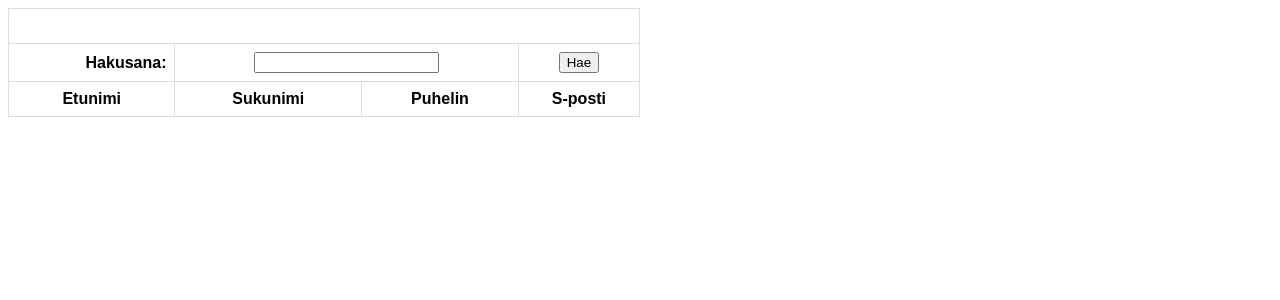
Repository: Lateh13/Asiakkaat
Page: http://localhost/Asiakkaat/listaaasiakkaat.jsp
The author's editor kept a copy of each file at every save. The page is drawn from the files as they stood at one save, then again after the next save.
The browser window is 1280 px wide. The pictures show the whole page.
The page is served by Tomcat 9. Queries for data that is not in the repository find no rows.

Above is the page before, as saved 2020-04-29 16:25:35.

After the next save:
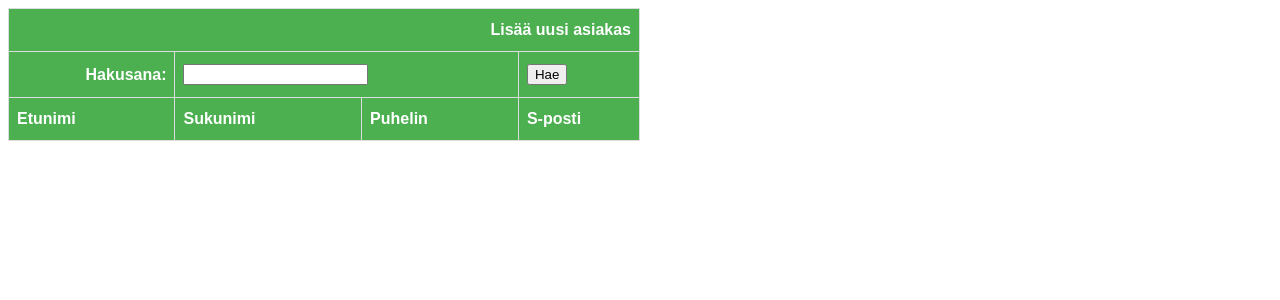
Saved 90 s later.
--- a/Asiakkaat/WebContent/css/main.css
+++ b/Asiakkaat/WebContent/css/main.css
@@ -18,7 +18,7 @@ table tbody tr:hover {
 	background-color: #ddd;
 }
 
-table th: hover {
+table th {
   padding-top: 12px;
   padding-bottom: 12px;
   text-align: left;
